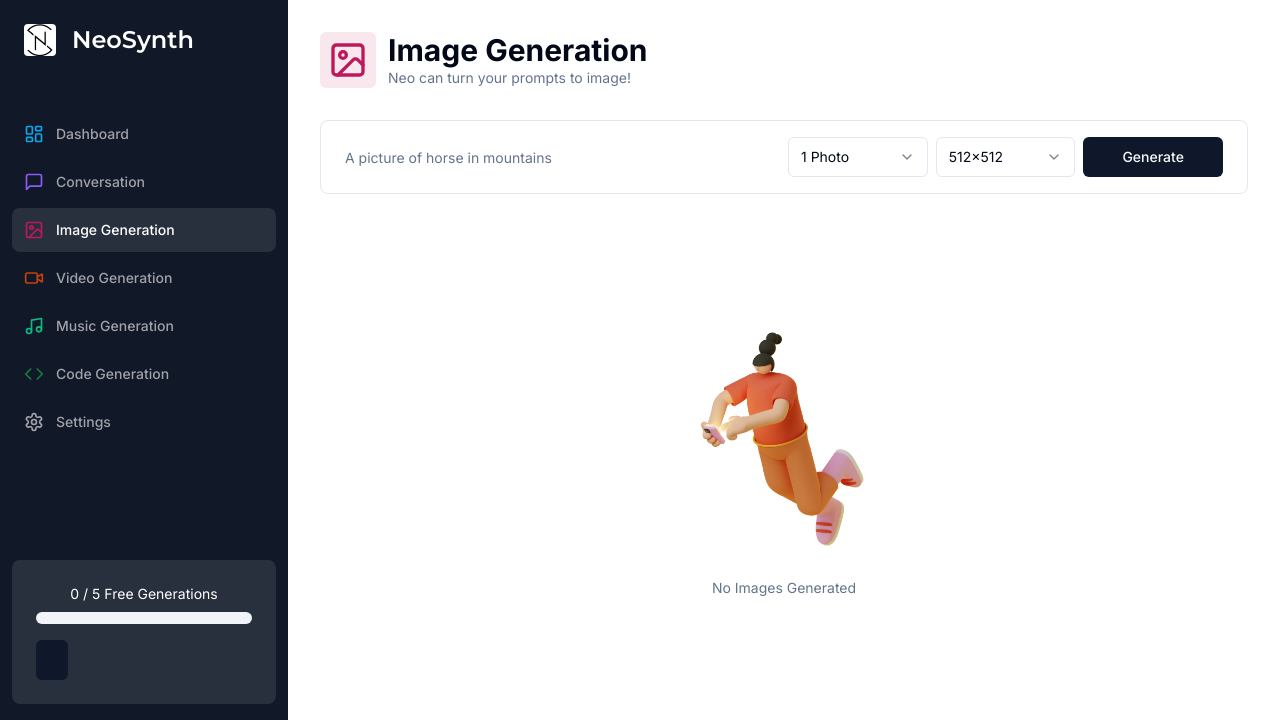
Repository: tathagat22/NeoSynth
Page: /image
These files come from the project's save history. The page is drawn as it stood at one moment and after the next save; the edit follows.
The browser window is 1280 px wide. The pictures show the whole page.
The page's requests for data from a server got no answer. The project was rebuilt for these pictures with package versions that can differ from the ones it lists, and the page was loaded fresh each time. Some packages were replaced by stand-ins written for this rebuild. The framework's server and built-in components were replaced by stand-ins that run in the browser. No one was signed in, and anything a server would have sent is missing. Also part of the build but not shown: next.config.js, components/ui/label.tsx, components/loader.tsx.

Above is the page before, as saved 2023-09-03 17:09:51.

### app/layout.tsx
import "./globals.css";
import type { Metadata } from "next";
import { Inter } from "next/font/google";
import { ClerkProvider } from "@clerk/nextjs";

const inter = Inter({ subsets: ["latin"] });

export const metadata: Metadata = {
  title: "NeoSynth",
  description: "Neo is thinking for you behind the matrix",
};

export default function RootLayout({
  children,
}: {
  children: React.ReactNode;
}) {
  return (
    <ClerkProvider>
      <html lang="en">
        <body className={inter.className}>{children}</body>
      </html>
    </ClerkProvider>
  );
}

### app/(dashboard)/layout.tsx
import Navbar from "@/components/Navbar";
import Sidebar from "@/components/sidebar";
import { getApiLimitCount } from "@/lib/api-limit";

const DashboardLayout = async ({ children }: { children: React.ReactNode }) => {
  const apiLimitCount = await getApiLimitCount();
  return (
    <div className="h-full relative">
      <div className="hidden h-full md:flex md:w-72 md:flex-col md:fixed md:inset-y-0 z-[80] bg-gray-900">
        <Sidebar apiLimitCount={apiLimitCount}/>
      </div>
      <main className="md:pl-72">
        <Navbar /> {children}
      </main>
    </div>
  );
};

export default DashboardLayout;

### app/globals.css
@tailwind base;
@tailwind components;
@tailwind utilities;

html, body, :root {
  height: 100%;
}
@layer base {
  :root {
    --background: 0 0% 100%;
    --foreground: 222.2 84% 4.9%;

    --card: 0 0% 100%;
    --card-foreground: 222.2 84% 4.9%;

    --popover: 0 0% 100%;
    --popover-foreground: 222.2 84% 4.9%;

    --primary: 222.2 47.4% 11.2%;
    --primary-foreground: 210 40% 98%;

    --secondary: 210 40% 96.1%;
    --secondary-foreground: 222.2 47.4% 11.2%;

    --muted: 210 40% 96.1%;
    --muted-foreground: 215.4 16.3% 46.9%;

    --accent: 210 40% 96.1%;
    --accent-foreground: 222.2 47.4% 11.2%;

    --destructive: 0 84.2% 60.2%;
    --destructive-foreground: 210 40% 98%;

    --border: 214.3 31.8% 91.4%;
    --input: 214.3 31.8% 91.4%;
    --ring: 222.2 84% 4.9%;

    --radius: 0.5rem;
  }

  .dark {
    --background: 222.2 84% 4.9%;
    --foreground: 210 40% 98%;

    --card: 222.2 84% 4.9%;
    --card-foreground: 210 40% 98%;

    --popover: 222.2 84% 4.9%;
    --popover-foreground: 210 40% 98%;

    --primary: 210 40% 98%;
    --primary-foreground: 222.2 47.4% 11.2%;

    --secondary: 217.2 32.6% 17.5%;
    --secondary-foreground: 210 40% 98%;

    --muted: 217.2 32.6% 17.5%;
    --muted-foreground: 215 20.2% 65.1%;

    --accent: 217.2 32.6% 17.5%;
    --accent-foreground: 210 40% 98%;

    --destructive: 0 62.8% 30.6%;
    --destructive-foreground: 210 40% 98%;

    --border: 217.2 32.6% 17.5%;
    --input: 217.2 32.6% 17.5%;
    --ring: 212.7 26.8% 83.9%;
  }
}

@layer base {
  * {
    @apply border-border;
  }
  body {
    @apply bg-background text-foreground;
  }
}

### components/Navbar.tsx

import { UserButton } from "@clerk/nextjs";
import MobileSidebar from "./mobile-sidebar";

const Navbar = () => {
    return (
        <div className="flex items-center p-4">
            <MobileSidebar />
            <div className="flex w-full justify-end">
                <UserButton afterSignOutUrl="/"/>
            </div>
        </div>
     );
}

export default Navbar;

### components/sidebar.tsx
"use client";

import { cn } from "@/lib/utils";
import { Montserrat } from "next/font/google";
import Image from "next/image";
import Link from "next/link";
import { usePathname } from "next/navigation";
import {
  LayoutDashboard,
  MessageSquare,
  ImageIcon,
  VideoIcon,
  Music,
  Code,
  Settings,
} from "lucide-react";
import { FreeCounter } from "./free-counter";
const montserrat = Montserrat({ weight: "600", subsets: ["latin"] });
const routes = [
  {
    label: "Dashboard",
    icon: LayoutDashboard,
    href: "/dashboard",
    color: "text-sky-500",
  },
  {
    label: "Conversation",
    icon: MessageSquare,
    href: "/conversation",
    color: "text-violet-500",
  },
  {
    label: "Image Generation",
    icon: ImageIcon,
    href: "/image",
    color: "text-pink-700",
  },
  {
    label: "Video Generation",
    icon: VideoIcon,
    href: "/video",
    color: "text-orange-700",
  },
  {
    label: "Music Generation",
    icon: Music,
    href: "/music",
    color: "text-emerald-500",
  },
  {
    label: "Code Generation",
    icon: Code,
    href: "/code",
    color: "text-green-700",
  },
  {
    label: "Settings",
    icon: Settings,
    href: "/settings",
  },
];

interface SidebarProps {
  apiLimitCount: number;
};

const Sidebar = ({apiLimitCount = 0} : SidebarProps ) => {
  const pathname = usePathname();
  return (
    <div className="space-y-4 py-4 flex flex-col h-full bg-[#111827] text-white">
      <div className="px-3 py-2 flex-1">
        <Link href="/dashboard" className="flex items-center pl-3 mb-14">
          <div className="relative w-8 h-8 mr-4 rounded">
            <Image className="rounded" fill alt="Logo" src="/logo.png" />
          </div>
          <h1 className={cn("text-2xl font-bold", montserrat.className)}>
            NeoSynth
          </h1>
        </Link>
        <div className="space-y-1">
          {routes.map((route) => (
            <Link
              href={route.href}
              key={route.href}
              className={cn(
                "text-sm group flex p-3 w-full justify-start font-medium cursor-pointer hover:text-white hover:bg-white/10 rounded-lg transition", pathname == route.href ? "text-white bg-white/10" : "text-zinc-400"
              )}
            >
              <div className="flex items-center flex-1">
                <route.icon className={cn("h-5 w-5 mr-3", route.color)} />{" "}
                {route.label}
              </div>
            </Link>
          ))}
        </div>
      </div>
      <FreeCounter
        apiLimitCount={apiLimitCount}
      />
    </div>
  );
};

export default Sidebar;

### lib/api-limit.ts
import { auth } from "@clerk/nextjs";

import prismadb from "./prismadb";

import { MAX_FREE_COUNTS } from "@/constants";

export const increaseApiLimit = async () => {
  const { userId } = auth();

  if (!userId) {
    return;
  }

  const userApiLimit = await prismadb.userApiLimit.findUnique({
    where: {
      userId,
    },
  });

  if (userApiLimit) {
    await prismadb.userApiLimit.update({
      where: { userId: userId },
      data: { count: userApiLimit.count + 1 },
    });
  } else {
    await prismadb.userApiLimit.create({
      data: { userId: userId, count: 1 },
    });
  }
};

export const checkApiLimit = async () => {
  const { userId } = auth();
  if (!userId) {
    return;
  }

  const userApiLimit = await prismadb.userApiLimit.findUnique({
    where: {
      userId,
    },
  });

  if (!userApiLimit || userApiLimit.count < MAX_FREE_COUNTS) {
    return true;
  } else {
    return false;
  }
};

export const getApiLimitCount = async () => {
  const { userId } = auth();
  if (!userId) {
    return 0;
  }

  const userApiLimit = await prismadb.userApiLimit.findUnique({
    where: {
        userId
    }
  });

  if(!userApiLimit) {
    return 0;
  }

  return userApiLimit.count;
};

### components/heading.tsx
import { cn } from "@/lib/utils";
import { LucideIcon } from "lucide-react";

interface HeadingProps {
  title: string;
  description: string;
  icon: LucideIcon;
  iconColor?: string;
  bgColor?: string;
}

export const Heading = ({
  title,
  description,
  icon: Icon,
  iconColor,
  bgColor,
}: HeadingProps) => {
  return (
    <div className="px-4 lg:px-8 flex items-center gap-x-3 mb-8">
      <div className={cn("p-2 w-fit rounded-md", bgColor)}>
        <Icon className={cn("w-10 h-10", iconColor)} />
      </div>
      <div>
        <h2 className="text-3xl font-bold">{title}</h2>
        <p className="text-sm text-muted-foreground">{description}</p>
      </div>
    </div>
  );
};

### app/(dashboard)/(routes)/image/constants.ts
import * as z from "zod";

export const formSchema = z.object({
  prompt: z.string().min(1, { message: "Image Prompt is required" }),
  amount: z.string().min(1),
  resolution: z.string().min(1),
});

export const amountOptions = [
  {
    value: "1",
    label: "1 Photo"
  },
  {
    value: "2",
    label: "2 Photo"
  },
  {
    value: "3",
    label: "3 Photo"
  },
  {
    value: "4",
    label: "4 Photo"
  },
  {
    value: "5",
    label: "5 Photo"
  },
];

export const resolutionOptions = [
  {
    value: "256x256",
    label: "256x256",
  },
  {
    value: "512x512",
    label: "512x512",
  },
  {
    value: "1024x1024",
    label: "1024x1024",
  },
];

### components/ui/form.tsx
import * as React from "react"
import * as LabelPrimitive from "@radix-ui/react-label"
import { Slot } from "@radix-ui/react-slot"
import {
  Controller,
  ControllerProps,
  FieldPath,
  FieldValues,
  FormProvider,
  useFormContext,
} from "react-hook-form"

import { cn } from "@/lib/utils"
import { Label } from "@/components/ui/label"

const Form = FormProvider

type FormFieldContextValue<
  TFieldValues extends FieldValues = FieldValues,
  TName extends FieldPath<TFieldValues> = FieldPath<TFieldValues>
> = {
  name: TName
}

const FormFieldContext = React.createContext<FormFieldContextValue>(
  {} as FormFieldContextValue
)

const FormField = <
  TFieldValues extends FieldValues = FieldValues,
  TName extends FieldPath<TFieldValues> = FieldPath<TFieldValues>
>({
  ...props
}: ControllerProps<TFieldValues, TName>) => {
  return (
    <FormFieldContext.Provider value={{ name: props.name }}>
      <Controller {...props} />
    </FormFieldContext.Provider>
  )
}

const useFormField = () => {
  const fieldContext = React.useContext(FormFieldContext)
  const itemContext = React.useContext(FormItemContext)
  const { getFieldState, formState } = useFormContext()

  const fieldState = getFieldState(fieldContext.name, formState)

  if (!fieldContext) {
    throw new Error("useFormField should be used within <FormField>")
  }

  const { id } = itemContext

  return {
    id,
    name: fieldContext.name,
    formItemId: `${id}-form-item`,
    formDescriptionId: `${id}-form-item-description`,
    formMessageId: `${id}-form-item-message`,
    ...fieldState,
  }
}

type FormItemContextValue = {
  id: string
}

const FormItemContext = React.createContext<FormItemContextValue>(
  {} as FormItemContextValue
)

const FormItem = React.forwardRef<
  HTMLDivElement,
  React.HTMLAttributes<HTMLDivElement>
>(({ className, ...props }, ref) => {
  const id = React.useId()

  return (
    <FormItemContext.Provider value={{ id }}>
      <div ref={ref} className={cn("space-y-2", className)} {...props} />
    </FormItemContext.Provider>
  )
})
FormItem.displayName = "FormItem"

const FormLabel = React.forwardRef<
  React.ElementRef<typeof LabelPrimitive.Root>,
  React.ComponentPropsWithoutRef<typeof LabelPrimitive.Root>
>(({ className, ...props }, ref) => {
  const { error, formItemId } = useFormField()

  return (
    <Label
      ref={ref}
      className={cn(error && "text-destructive", className)}
      htmlFor={formItemId}
      {...props}
    />
  )
})
FormLabel.displayName = "FormLabel"

const FormControl = React.forwardRef<
  React.ElementRef<typeof Slot>,
  React.ComponentPropsWithoutRef<typeof Slot>
>(({ ...props }, ref) => {
  const { error, formItemId, formDescriptionId, formMessageId } = useFormField()

  return (
    <Slot
      ref={ref}
      id={formItemId}
      aria-describedby={
        !error
          ? `${formDescriptionId}`
          : `${formDescriptionId} ${formMessageId}`
      }
      aria-invalid={!!error}
      {...props}
    />
  )
})
FormControl.displayName = "FormControl"

const FormDescription = React.forwardRef<
  HTMLParagraphElement,
  React.HTMLAttributes<HTMLParagraphElement>
>(({ className, ...props }, ref) => {
  const { formDescriptionId } = useFormField()

  return (
    <p
      ref={ref}
      id={formDescriptionId}
      className={cn("text-sm text-muted-foreground", className)}
      {...props}
    />
  )
})
FormDescription.displayName = "FormDescription"

const FormMessage = React.forwardRef<
  HTMLParagraphElement,
  React.HTMLAttributes<HTMLParagraphElement>
>(({ className, children, ...props }, ref) => {
  const { error, formMessageId } = useFormField()
  const body = error ? String(error?.message) : children

  if (!body) {
    return null
  }

  return (
    <p
      ref={ref}
      id={formMessageId}
      className={cn("text-sm font-medium text-destructive", className)}
      {...props}
    >
      {body}
    </p>
  )
})
FormMessage.displayName = "FormMessage"

export {
  useFormField,
  Form,
  FormItem,
  FormLabel,
  FormControl,
  FormDescription,
  FormMessage,
  FormField,
}

### components/ui/input.tsx
import * as React from "react"

import { cn } from "@/lib/utils"

export interface InputProps
  extends React.InputHTMLAttributes<HTMLInputElement> {}

const Input = React.forwardRef<HTMLInputElement, InputProps>(
  ({ className, type, ...props }, ref) => {
    return (
      <input
        type={type}
        className={cn(
          "flex h-10 w-full rounded-md border border-input bg-background px-3 py-2 text-sm ring-offset-background file:border-0 file:bg-transparent file:text-sm file:font-medium placeholder:text-muted-foreground focus-visible:outline-none focus-visible:ring-2 focus-visible:ring-ring focus-visible:ring-offset-2 disabled:cursor-not-allowed disabled:opacity-50",
          className
        )}
        ref={ref}
        {...props}
      />
    )
  }
)
Input.displayName = "Input"

export { Input }

### components/ui/button.tsx
import * as React from "react"
import { Slot } from "@radix-ui/react-slot"
import { cva, type VariantProps } from "class-variance-authority"

import { cn } from "@/lib/utils"

const buttonVariants = cva(
  "inline-flex items-center justify-center rounded-md text-sm font-medium ring-offset-background transition-colors focus-visible:outline-none focus-visible:ring-2 focus-visible:ring-ring focus-visible:ring-offset-2 disabled:pointer-events-none disabled:opacity-50",
  {
    variants: {
      variant: {
        default: "bg-primary text-primary-foreground hover:bg-primary/90",
        destructive:
          "bg-destructive text-destructive-foreground hover:bg-destructive/90",
        outline:
          "border border-input bg-background hover:bg-accent hover:text-accent-foreground",
        secondary:
          "bg-secondary text-secondary-foreground hover:bg-secondary/80",
        ghost: "hover:bg-accent hover:text-accent-foreground",
        link: "text-primary underline-offset-4 hover:underline",
      },
      size: {
        default: "h-10 px-4 py-2",
        sm: "h-9 rounded-md px-3",
        lg: "h-11 rounded-md px-8",
        icon: "h-10 w-10",
      },
    },
    defaultVariants: {
      variant: "default",
      size: "default",
    },
  }
)

export interface ButtonProps
  extends React.ButtonHTMLAttributes<HTMLButtonElement>,
    VariantProps<typeof buttonVariants> {
  asChild?: boolean
}

const Button = React.forwardRef<HTMLButtonElement, ButtonProps>(
  ({ className, variant, size, asChild = false, ...props }, ref) => {
    const Comp = asChild ? Slot : "button"
    return (
      <Comp
        className={cn(buttonVariants({ variant, size, className }))}
        ref={ref}
        {...props}
      />
    )
  }
)
Button.displayName = "Button"

export { Button, buttonVariants }

### components/empty.tsx
import Image from "next/image";

interface EmptyProps {
  label: string;
}

export const Empty = ({ label }: EmptyProps) => {
  return (
    <div className="h-full p-20 flex flex-col items-center justify-center">
      <div className="relative h-72 w-72">
        <Image src="/empty.png" fill alt="Empty" />
      </div>
      <p className="text-muted-foreground text-sm text-center">{label}</p>
    </div>
  );
};

### components/ui/card.tsx
import * as React from "react"

import { cn } from "@/lib/utils"

const Card = React.forwardRef<
  HTMLDivElement,
  React.HTMLAttributes<HTMLDivElement>
>(({ className, ...props }, ref) => (
  <div
    ref={ref}
    className={cn(
      "rounded-lg border bg-card text-card-foreground shadow-sm",
      className
    )}
    {...props}
  />
))
Card.displayName = "Card"

const CardHeader = React.forwardRef<
  HTMLDivElement,
  React.HTMLAttributes<HTMLDivElement>
>(({ className, ...props }, ref) => (
  <div
    ref={ref}
    className={cn("flex flex-col space-y-1.5 p-6", className)}
    {...props}
  />
))
CardHeader.displayName = "CardHeader"

const CardTitle = React.forwardRef<
  HTMLParagraphElement,
  React.HTMLAttributes<HTMLHeadingElement>
>(({ className, ...props }, ref) => (
  <h3
    ref={ref}
    className={cn(
      "text-2xl font-semibold leading-none tracking-tight",
      className
    )}
    {...props}
  />
))
CardTitle.displayName = "CardTitle"

const CardDescription = React.forwardRef<
  HTMLParagraphElement,
  React.HTMLAttributes<HTMLParagraphElement>
>(({ className, ...props }, ref) => (
  <p
    ref={ref}
    className={cn("text-sm text-muted-foreground", className)}
    {...props}
  />
))
CardDescription.displayName = "CardDescription"

const CardContent = React.forwardRef<
  HTMLDivElement,
  React.HTMLAttributes<HTMLDivElement>
>(({ className, ...props }, ref) => (
  <div ref={ref} className={cn("p-6 pt-0", className)} {...props} />
))
CardContent.displayName = "CardContent"

const CardFooter = React.forwardRef<
  HTMLDivElement,
  React.HTMLAttributes<HTMLDivElement>
>(({ className, ...props }, ref) => (
  <div
    ref={ref}
    className={cn("flex items-center p-6 pt-0", className)}
    {...props}
  />
))
CardFooter.displayName = "CardFooter"

export { Card, CardHeader, CardFooter, CardTitle, CardDescription, CardContent }

### components/mobile-sidebar.tsx
"use client";

import { Button } from "./ui/button";
import { Menu } from "lucide-react";
import { Sheet, SheetContent, SheetTrigger } from "./ui/sheet";
import Sidebar from "./sidebar";
import { useEffect, useState } from "react";
const MobileSidebar = () => {
  //Hydration Error Fix
  const [isMounted, setIsMounted] = useState(false);

  useEffect(() => {
    setIsMounted(true);
  }, []);
  if (!isMounted) return null;
  //Hydration Error Fix Ends Here
  return (
    <Sheet>
      <SheetTrigger>
        <Button variant="ghost" size="icon" className="md:hidden">
          <Menu />
        </Button>
      </SheetTrigger>
      <SheetContent side="left" className="p-0">
        <Sidebar />
      </SheetContent>
    </Sheet>
  );
};

export default MobileSidebar;

### components/free-counter.tsx
"use client";

import { useEffect, useState } from "react";
import { Card, CardContent } from "./ui/card";
import { MAX_FREE_COUNTS } from "@/constants";
import { Progress } from "./ui/progress";
import { Button } from "./ui/button";

interface FreeCounterProps {
  apiLimitCount: number;
}

export const FreeCounter = ({ apiLimitCount = 0 }: FreeCounterProps) => {
  const [mounted, setMounted] = useState(false);

  useEffect(() => {
    setMounted(true);
  }, []);

  if (!mounted) {
    return null;
  }
  return (
    <div className="px-3">
      <Card className="bg-white/10 border-0">
        <CardContent className="py-6">
          <div className="text-center text-sm text-white mb-4 space-y-2">
            <p>
              {apiLimitCount} / {MAX_FREE_COUNTS} Free Generations
            </p>
            <Progress
              className="h-3"
              value={(apiLimitCount / MAX_FREE_COUNTS) * 100}
            />
          </div>
          <Button>

          </Button>
        </CardContent>
      </Card>
    </div>
  );
};

### lib/prismadb.ts
import { PrismaClient} from "@prisma/client";

declare global {
    var prisma: PrismaClient | undefined;
}

const prismadb = globalThis.prisma || new PrismaClient();
if (process.env.NODE_ENV !== 'production') globalThis.prisma = prismadb;

export default prismadb;

### components/ui/progress.tsx
"use client"

import * as React from "react"
import * as ProgressPrimitive from "@radix-ui/react-progress"

import { cn } from "@/lib/utils"

const Progress = React.forwardRef<
  React.ElementRef<typeof ProgressPrimitive.Root>,
  React.ComponentPropsWithoutRef<typeof ProgressPrimitive.Root>
>(({ className, value, ...props }, ref) => (
  <ProgressPrimitive.Root
    ref={ref}
    className={cn(
      "relative h-4 w-full overflow-hidden rounded-full bg-secondary",
      className
    )}
    {...props}
  >
    <ProgressPrimitive.Indicator
      className="h-full w-full flex-1 bg-primary transition-all"
      style={{ transform: `translateX(-${100 - (value || 0)}%)` }}
    />
  </ProgressPrimitive.Root>
))
Progress.displayName = ProgressPrimitive.Root.displayName

export { Progress }

Loaded but not shown: lib/utils.ts (common file); constants.ts (common file); tailwind.config.js (common file); app/(dashboard)/(routes)/image/page.tsx (187 lines, source omitted); components/ui/sheet.tsx (144 lines, source omitted); components/ui/select.tsx (121 lines, source omitted)

After the next save:
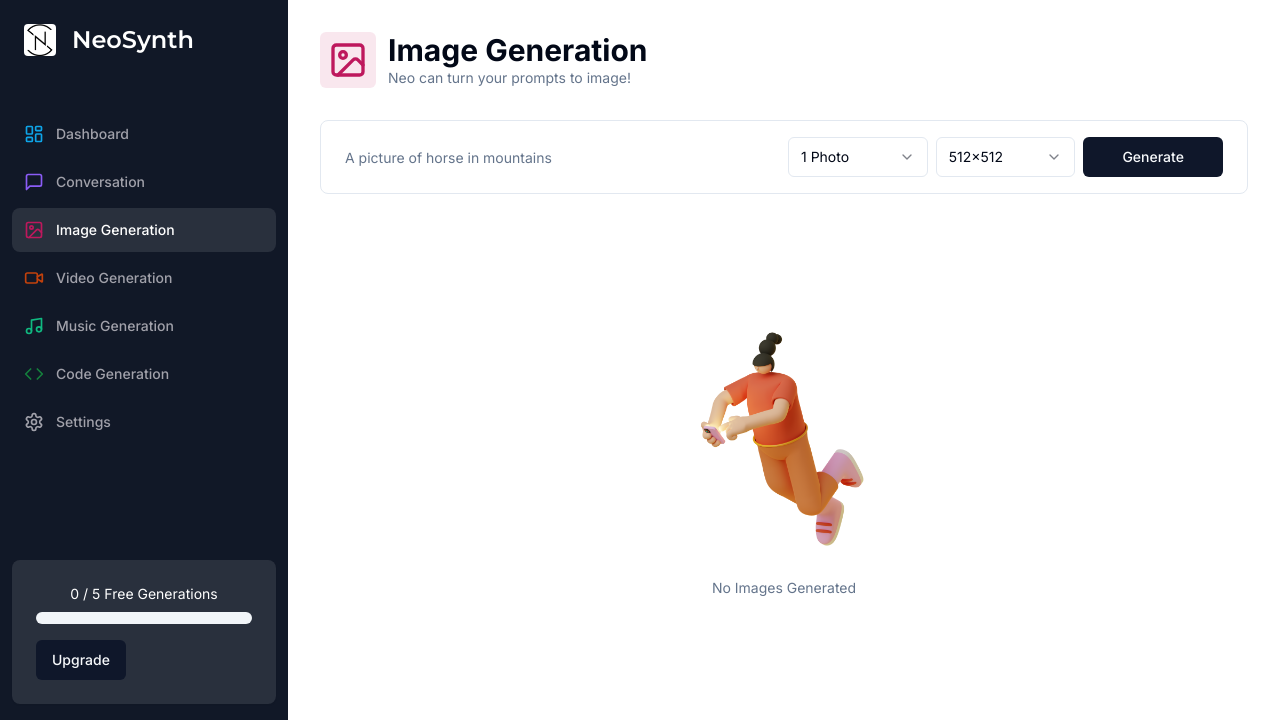
Saved 6 s later.
--- a/components/free-counter.tsx
+++ b/components/free-counter.tsx
@@ -34,7 +34,7 @@
             />
           </div>
           <Button>
-
+            Upgrade
           </Button>
         </CardContent>
       </Card>
